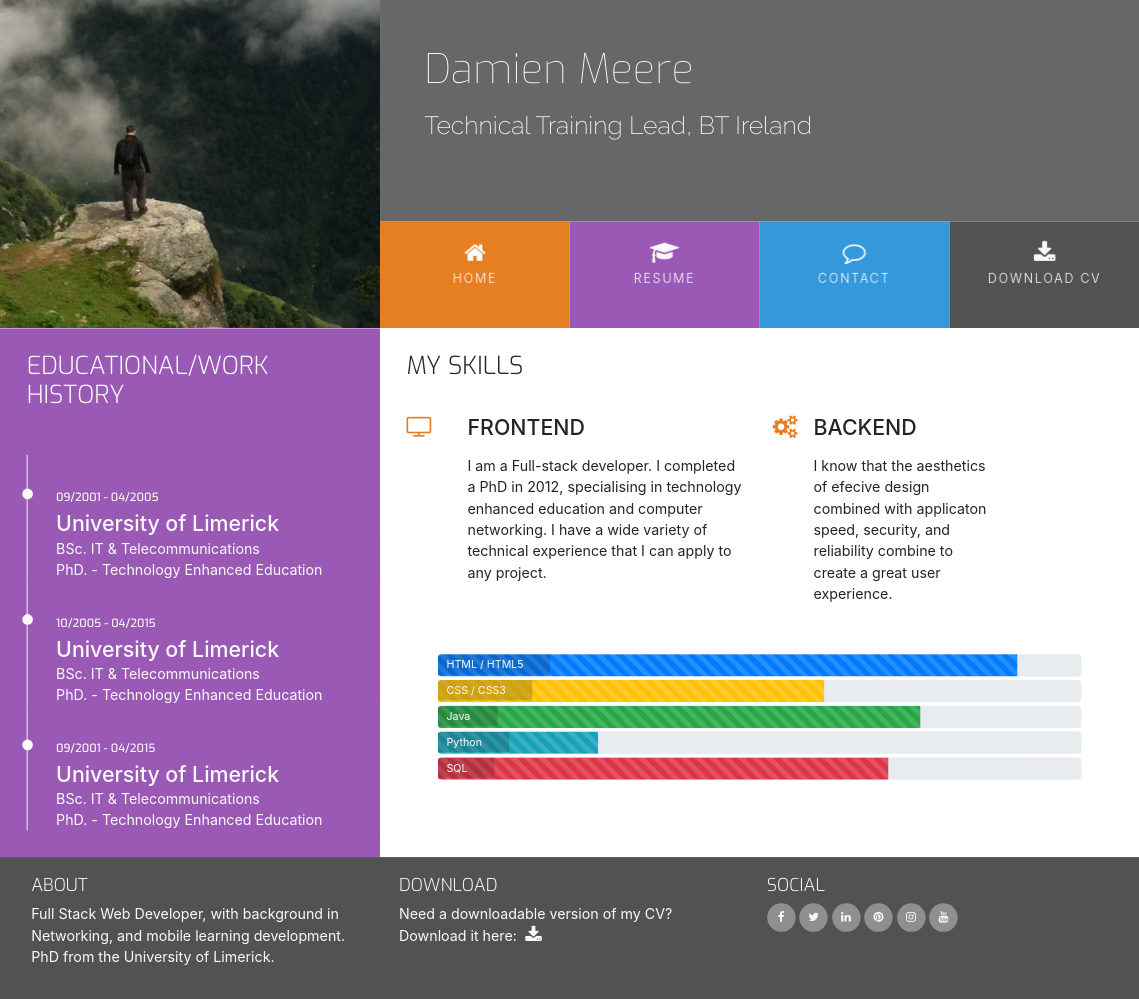
Repository: damien-meere/cv_site_project
Page: resume.html
The author's editor kept a record of every edit. The page is drawn from the files as they stood at one moment, then again after the next edit.
The browser window is 1280 px wide. The pictures show the whole page, at 89% of full size.

Above is the page before.

### resume.html
<!DOCTYPE html>
<html lang="en">

<head>
    <meta charset="UTF-8">
    <meta name="viewport" content="width=device-width, initial-scale=1.0">
    <meta http-equiv="X-UA-Compatible" content="ie=edge">
    <link rel="stylesheet" href="https://stackpath.bootstrapcdn.com/bootstrap/4.3.1/css/bootstrap.min.css" type="text/css" />
    <link rel="stylesheet" href="https://stackpath.bootstrapcdn.com/font-awesome/4.7.0/css/font-awesome.min.css" type="text/css" />
    <link rel="stylesheet" href="https://cdnjs.cloudflare.com/ajax/libs/hover.css/2.3.1/css/hover-min.css" type="text/css" />
    <link rel="stylesheet" href="assets/css/style.css" type="text/css" />
    <title>Damien Meere CV</title>
</head>

<body>
    <header>
        <div class="row no-gutters">
            <a href="index.html" class="col-md-4 logo"></a>
            <div class="col-md-8">
                <div class="row bg-color-name-title no-gutters">
                    <div class="col heading">
                        <h1 class="name">Damien Meere</h1>
                        <h2 class="title">Technical Training Lead, BT Ireland</h2>
                    </div>
                </div>
                <div class="row no-gutters">
                    <div class="col">
                        <ul id="nav" class="list-inline menu-container">
                            <!--the i element with fa is a font awesome icon. Aria hidden means this icon is ignored by screen readers-->
                            <li class="col-6 col-sm-3 list-inline-item ui-menu-color-home menuitem">
                                <a href="#" class="hvr-sweep-to-bottom"><i class="fa fa-home" aria-hidden="true"></i><span>Home</span></a>
                            </li>
                            <li class="col-6 col-sm-3 list-inline-item ui-menu-color-resume menuitem">
                                <a href="#" class="hvr-sweep-to-bottom"><i class="fa fa-graduation-cap" aria-hidden="true"></i><span>Resume</span></a>
                            </li>
                            <li class="col-6 col-sm-3 list-inline-item ui-menu-color-contact menuitem">
                                <a href="#" class="hvr-sweep-to-bottom"><i class="fa fa-comment-o" aria-hidden="true"></i><span>Contact</span></a>
                            </li>
                            <li class="col-6 col-sm-3 list-inline-item ui-menu-color-download menuitem">
                                <a href="#" class="hvr-sweep-to-bottom"><i class="fa fa-download" aria-hidden="true"></i><span>Download CV</span></a>
                            </li>
                        </ul>
                    </div>
                </div>
            </div>
        </div>
    </header>

    <section class="container-fluid">
        <div class="row">
            <!--contariner divided into 4&8 so -->
            <div class="col-md-4 bg-color-work-history section-column">
                <div class="row">
                    <div class="col-12">
                        <!--full with on all screen sizes-->
                        <h3 class="history-heading uppercase">Educational/Work History</h3>
                    </div>
                </div>
                <div class="timeline-item" data-dates="09/2001 - 04/2005">
                    <h4>University of Limerick</h4>
                    <p>BSc. IT & Telecommunications</p>
                    <p>PhD. - Technology Enhanced Education</p>
                </div>
                <div class="timeline-item" data-dates="10/2005 - 04/2015">
                    <h4>University of Limerick</h4>
                    <p>BSc. IT & Telecommunications</p>
                    <p>PhD. - Technology Enhanced Education</p>
                </div>
                <div class="timeline-item" data-dates="09/2001 - 04/2015">
                    <h4>University of Limerick</h4>
                    <p>BSc. IT & Telecommunications</p>
                    <p>PhD. - Technology Enhanced Education</p>
                </div>

            </div>


            <!--create a column (because we have to have a column as a direct child of a row) of size 8, which is two-thirds the width of the screen-->
            <!--don't need to add any size classes for screen sizes smaller than medium because Bootstrap will automatically default to 12, our full width.-->
            <!--The row-table class specifies the use of a table whereas section-column specifies the use of a table cell, which will give us evenly sized columns in terms of height.-->
            <div class="col-md-8 bg-color-three-reasons section-column">
                <div class="row">
                    <div class="col">
                        <h3 class="section-heading uppercase">My Skills</h3>
                    </div>
                </div>
                <div class="row">
                    <!--When looked at on the mobile, this is going to be 10 columns wide with an offset of 1
                        so that we get the content centered and have a one column margin down the left side.
                        We're going to switch that offset off for tablets and larger because on the tablet,
                        we want it to appear in three columns of content.-->
                    <div class="col-10 offset-1 offset-sm-0 col-sm-4 col-md-6">
                        <div class="row">
                            <div class="col-2">
                                <i class="three-reasons-icon fa fa-tv" aria-hidden="true"></i>
                            </div>
                            <div class="col-10">
                                <h4 class="three-reasons-heading uppercase">FrontEnd</h4>
                                <p>
                                    I am a Full-stack developer. I completed a PhD in 2012, specialising in technology enhanced education and computer networking. I have a wide variety of technical experience that I can apply to any project.
                                </p>
                            </div>
                        </div>
                    </div>
                    <div class="col-10 offset-1 offset-sm-0 col-sm-4 ">
                        <div class="row">
                            <div class="col-2">
                                <i class="three-reasons-icon fa fa-gears" aria-hidden="true"></i>
                            </div>
                            <div class="col-10">
                                <h4 class="three-reasons-heading uppercase">BackEnd</h4>
                                <p>
                                    I know that the aesthetics of efecive design combined with applicaton speed, security, and reliability combine to create a great user experience.
                                </p>
                            </div>
                        </div>
                    </div>
                </div>
                <!--Creating progress bars in MySkills section to illustrate progress on various skills-->
                <div class="row progress-section">
                    <div class="col">
                        <div class="progress">
                            <!--aria valuenow sets the value on the progress bar-->
                            <div class="progress-bar progress-bar-striped progress-bar-animated" role="progressbar" aria-valuenow="90" aria-valuamin="0" aria-valuamax="100" style="width:90%;">
                                <!--Screen Readers Only-->
                                <span class="sr-only">90% Complete</span>
                            </div>
                            <span class="progress-type"> HTML / HTML5 </span>
                        </div>
                        <div class="progress">
                            <!--aria valuenow sets the value on the progress bar-->
                            <div class="progress-bar progress-bar-striped progress-bar-animated bg-warning" role="progressbar" aria-valuenow="60" aria-valuamin="0" aria-valuamax="100" style="width:60%;">
                                <!--Screen Readers Only-->
                                <span class="sr-only">60% Complete</span>
                            </div>
                            <span class="progress-type"> CSS / CSS3 </span>
                        </div>
                        <div class="progress">
                            <!--aria valuenow sets the value on the progress bar-->
                            <div class="progress-bar progress-bar-striped progress-bar-animated bg-success" role="progressbar" aria-valuenow="75" aria-valuamin="0" aria-valuamax="100" style="width:75%;">
                                <!--Screen Readers Only-->
                                <span class="sr-only">75% Complete</span>
                            </div>
                            <span class="progress-type"> Java </span>
                        </div>
                        <div class="progress">
                            <!--aria valuenow sets the value on the progress bar-->
                            <div class="progress-bar progress-bar-striped progress-bar-animated bg-info" role="progressbar" aria-valuenow="25" aria-valuamin="0" aria-valuamax="100" style="width:25%;">
                                <!--Screen Readers Only-->
                                <span class="sr-only">25% Complete</span>
                            </div>
                            <span class="progress-type"> Python </span>
                        </div>
                        <div class="progress">
                            <!--aria valuenow sets the value on the progress bar-->
                            <div class="progress-bar progress-bar-striped progress-bar-animated bg-danger" role="progressbar" aria-valuenow="70" aria-valuamin="0" aria-valuamax="100" style="width:70%;">
                                <!--Screen Readers Only-->
                                <span class="sr-only">70% Complete</span>
                            </div>
                            <span class="progress-type"> SQL </span>
                        </div>
                    </div>
                </div>
            </div>
        </div>
    </section>

    <footer class="container-fluid">
        <div id="footer-details" class="row">
            <div class="col-sm-4">
                <h5 class="uppercase general-sub">About</h5>
                <p class="inline-block">
                    Full Stack Web Developer, with background in Networking, and mobile learning development. PhD from the University of Limerick.
                </p>
            </div>
            <div class="col-sm-4">
                <h5 class="uppercase general-sub">Download</h5>
                <p class="inline-block">
                    Need a downloadable version of my CV? Download it here:
                    <a href="#" target="_blank" class="cv-pdf">
                        <i class="fa fa-download" aria-hidden="true"></i>
                        <span class="sr-only">Download Link</span>
                </p>
            </div>
            <div class="col-sm-4">
                <h5 class="uppercase general-sub">Social</h5>
                <!--unordered list has Bootstrap's default class of list-inline-->
                <!--all items in a list-inline class must use the list-inline-item class-->
                <ul class="list-inline social-links">
                    <li class="list-inline-item">
                        <a target="_blank" href="#">
                            <i class="fa fa-facebook" aria-hidden="true"></i>
                            <!--Screen Reader Only (replace icon with text)-->
                            <span class="sr-only">Facebook</span>
                    </li>
                    <li class="list-inline-item">
                        <a target="_blank" href="#">
                            <i class="fa fa-twitter" aria-hidden="true"></i>
                            <!--Screen Reader Only (replace icon with text)-->
                            <span class="sr-only">Twitter</span>
                    </li>
                    <li class="list-inline-item">
                        <a target="_blank" href="#">
                            <i class="fa fa-linkedin" aria-hidden="true"></i>
                            <!--Screen Reader Only (replace icon with text)-->
                            <span class="sr-only">LinkedIn</span>
                    </li>
                    <li class="list-inline-item">
                        <a target="_blank" href="#">
                            <i class="fa fa-pinterest" aria-hidden="true"></i>
                            <!--Screen Reader Only (replace icon with text)-->
                            <span class="sr-only">Pinterest</span>
                    </li>
                    <li class="list-inline-item">
                        <a target="_blank" href="#">
                            <i class="fa fa-instagram" aria-hidden="true"></i>
                            <!--Screen Reader Only (replace icon with text)-->
                            <span class="sr-only">Instagram</span>
                    </li>
                    <li class="list-inline-item">
                        <a target="_blank" href="#">
                            <i class="fa fa-youtube" aria-hidden="true"></i>
                            <!--Screen Reader Only (replace icon with text)-->
                            <span class="sr-only">YouTube</span>
                    </li>
                </ul>
            </div>
        </div>
    </footer>
</body>
</html>

### assets/css/style.css
@import url('https://fonts.googleapis.com/css?family=Raleway:100,200,300,400,500.600,700|Exo:100,200,300,400,500.600,700');

/*--------------------------------------------------Colours*/

.bg-color-name-title {
    background-color: #676767;
}

.bg-color-three-reasons {
    background-color: #FFF;
}

.ui-menu-color-home {
    background-color: #e67e22;
}

.ui-menu-color-resume {
    background-color: #9b59b6;
}

.ui-menu-color-contact {
    background-color: #3498db;
}

.ui-menu-color-download {
    background-color: #525252;
}

.bg-color-personal-info {
    background-color: #f4f4f4;
}

.bg-color-work-history {
    background-color: #9b59b6;
}


/*--------------------------------------------------Special Padding/margins/text*/

h1,
h2,
h3,
h4 {
    margin: 0;
}

.uppercase {
    text-transform: uppercase;
}

.general-sub {
    font-family: "Exo", sans-serif;
    font-weight: 300;
    color: #fafafa;

}

/* By setting to table we can then specify its child columns as table cells, which ensures that the columns will remain equal height, regardless of their content*/

.row-table {
    display: table;
}

.section-column {
    display: table-cell;
    padding: 0 30px 30px;
    float: none;
}

.history-heading,
.section-heading {
    font-family: "Exo", sans-serif;
    font-weight: 300;
    margin-top: 25px;
    margin-bottom: 40px;
}



/*--------------------------------------------------Headings*/

header {
    margin: 0;
}

.heading {
    margin-left: 50px;
}

.logo {
    background: url("../images/logo_image.jpg");
    background-position: center;
    background-repeat: no-repeat;
    background-size: cover;
    min-height: 360px;
    transition: all .5s ease-in-out;
    -moz-transition: all .5s ease-in-out;
    -webkit-transition: all .5s ease-in-out;
}

.name {
    font-family: "Exo", sans-serif;
    font-weight: 100;
    font-size: 46px;
    margin-top: 50px;
    color: #fff;
}

.title {
    font-family: "Raleway", sans-serif;
    font-weight: 200;
    font-size: 28px;
    margin-top: 20px;
    margin-bottom: 90px;
    color: #fff;
}

.list-inline-item:not(:last-child) {
    margin: 0;
}

.menu-container {
    font-size: 0;
}

#nav {
    margin: 0;
}

#nav li {
    font-size: 14px;
    padding: 0;
}

.menuitem {
    height: 120px;
    text-align: center;
    padding: 0;
}

.menuitem a {
    width: 100%;
    text-decoration: none;
    color: #fff;
    height: 120px;
}

.menuitem a i {
    padding-top: 22px;
    /*Set to block to ensure icon appears on a new line*/
    display: block;
    color: #fafafa;
    font-size: 26px;
}


.menuitem span {
    display: block;
    width: 100%;
    padding-top: 5px;
    text-align: center;
    text-transform: uppercase;
    font-size: 14px;
    font-weight: 300;
    letter-spacing: 2px;
}



/*--------------------------------------------------Hover Override*/

.hvr-sweep-to-bottom:before {
    /*setting rgb to black, but the transparancy to 0.2, to its a subtle change*/
    background: rgba(0, 0, 0, 0.2);
}



/*--------------------------------------------------Footer*/

footer {
    background-color: #525252;
    color: #fafafa;
    min-height: 120px;
    margin: 0;

}

.inline-block {
    display: inline-block;
}

.cv-pdf i {
    font-size: 20px;
    color: #fafafa;
    text-align: center;
    padding-left: 5px;
    transition: all 0.3s ease-in-out;
    -moz-transition: all 0.3s ease-in-out;
    -webkit-transition: all 0.3s ease-in-out;
    -o-transition: all 0.3s ease-in-out;
}

.cv-pdf i:hover {
    color: #e84610;
}


.social-links {
    padding-bottom: 15px;
}

.social-links li a i {
    width: 32px;
    height: 32px;
    padding: 12px 0;
    /*if you set the border-radius to 50% when something has equal height and width, then you get a circle.*/
    border-radius: 50%;
    font-size: 13px;
    line-height: 7px;
    text-align: center;
    color: #fafafa;
    background: #8f8f8f;
    transition: all 0.3s ease-in-out;
    -moz-transition: all 0.3s ease-in-out;
    -webkit-transition: all 0.3s ease-in-out;
    -o-transition: all 0.3s ease-in-out;
}

.social-links li a i:hover {
    background: #e84610;

}

#footer-details {
    padding: 20px;
}

/*--------------------------------------------------Three Reasons*/

.three-reasons-icon {
    font-size: 26px;
    color: #e67e22;

}

.three-reasons-heading {
    margin-bottom: 15px;

}

/*--------------------------------------------------Personal Info*/

.personal-info-item {
    margin-bottom: 20px;
    display: block;
    /*set the display to block, so it will start and end with a newline and occupy the entirety of the horizontal space.*/
    clear: both;
    /*set the clear to both so that no other items can appear at either side of it in case, we were using floats.*/
}

.personal-info-item .key,
.personal-info-item .value {
    padding-right: 8px;
    display: inline-block;
    /*nline block allows us to put two divs side-by-side*/
}

.personal-info-item .key p,
.personal-info-item .value p {
    margin: 0;
}

.personal-info-item .key {
    width: 30%;
    margin-right: 21px;
    padding-top: 2px;
    vertical-align: top;

}

.personal-info-item .key p {
    font-weight: 700;
}

.personal-info-item .value {
    width: 60%;
    position: relative;
}

/*--------------------------------------------------Skills*/

.progress {
    position: relative;
    height: 25px;
    margin-bottom: 4px;
}

.progress-type {
    position: absolute;
    left: 0px;
    font-weight: 400;
    padding: 3px 30px 2px 10px;
    color: #fafafa;
    background-color: rgba(25, 25, 25, 0.2);
}

.progress-section {
    margin: 40px 20px;
}



/*--------------------------------------------------Work History*/

.history-heading {
    color: #fafafa;
    margin-bottom: 50px;

}

/*Border-left creates vertical timline to left*/

.timeline-item {
    padding: 4em 2em 0em 2em;
    position: relative;
    color: #fafafa;
    border-left: 1px solid;
}

.timeline-item p {
    padding: 0;
    margin: 0;
}

.timeline-item:before {
    content: attr(data-dates);
    position: absolute;
    left: 2.5em;
    top: 3em;
    display: block;
    font-family: "Exo", sans-serif;
    font-weight: 500;
    font-size: 0.8em;
    margin: 0;
    padding: 0;
}

/*creates circle on vertical timeline*/

.timeline-item:after {
    width: 12px;
    height: 12px;
    display: block;
    top: 2.4em;
    position: absolute;
    left: -6px;
    border-radius: 12px;
    content: '';
    background-color: #fafafa;
}

.history-items {
    margin-bottom: 30px;
}

After the next edit:
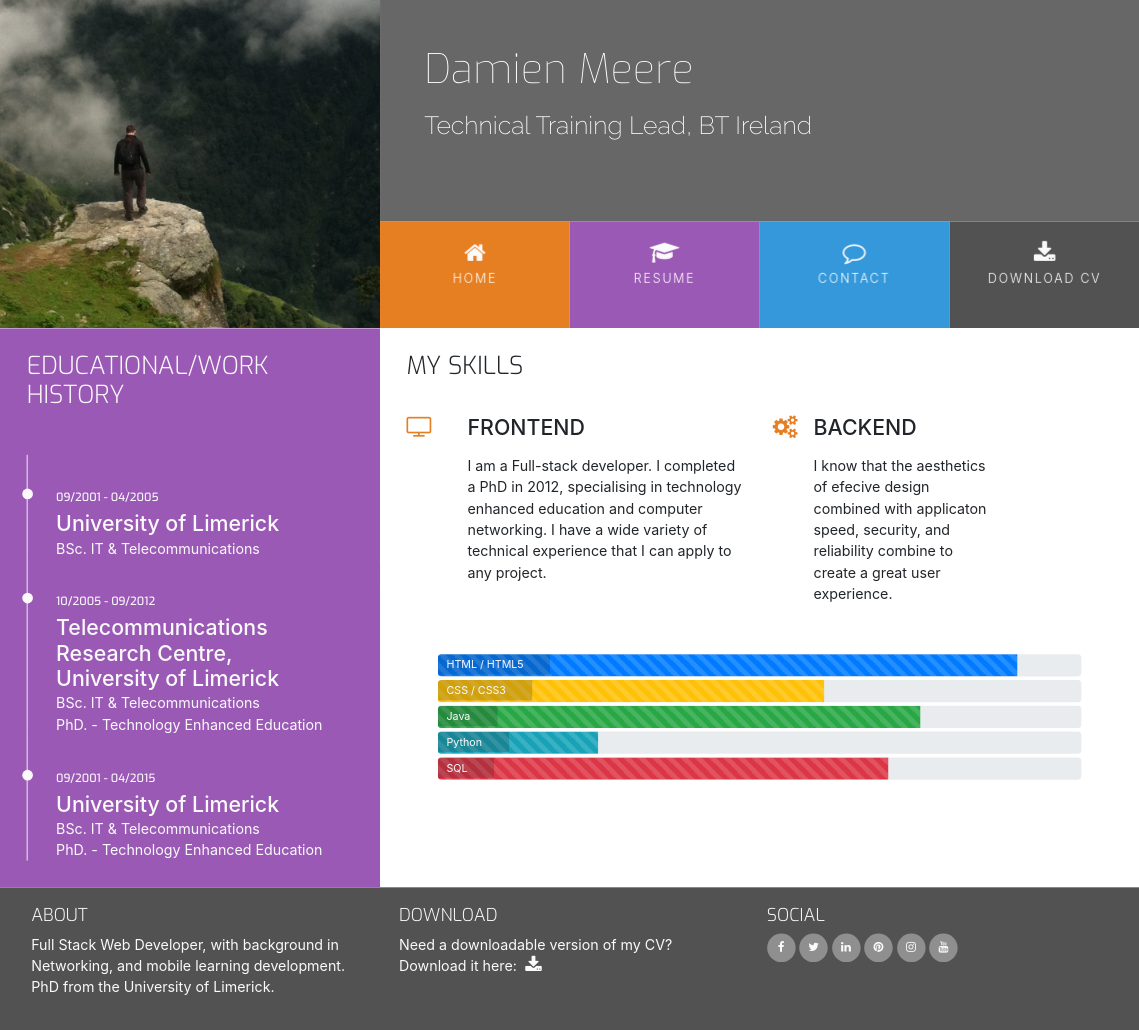
The edit:
--- a/resume.html
+++ b/resume.html
@@ -59,10 +59,9 @@
                 <div class="timeline-item" data-dates="09/2001 - 04/2005">
                     <h4>University of Limerick</h4>
                     <p>BSc. IT & Telecommunications</p>
-                    <p>PhD. - Technology Enhanced Education</p>
-                </div>
-                <div class="timeline-item" data-dates="10/2005 - 04/2015">
-                    <h4>University of Limerick</h4>
+                </div>
+                <div class="timeline-item" data-dates="10/2005 - 09/2012">
+                    <h4>Telecommunications Research Centre, University of Limerick</h4>
                     <p>BSc. IT & Telecommunications</p>
                     <p>PhD. - Technology Enhanced Education</p>
                 </div>
